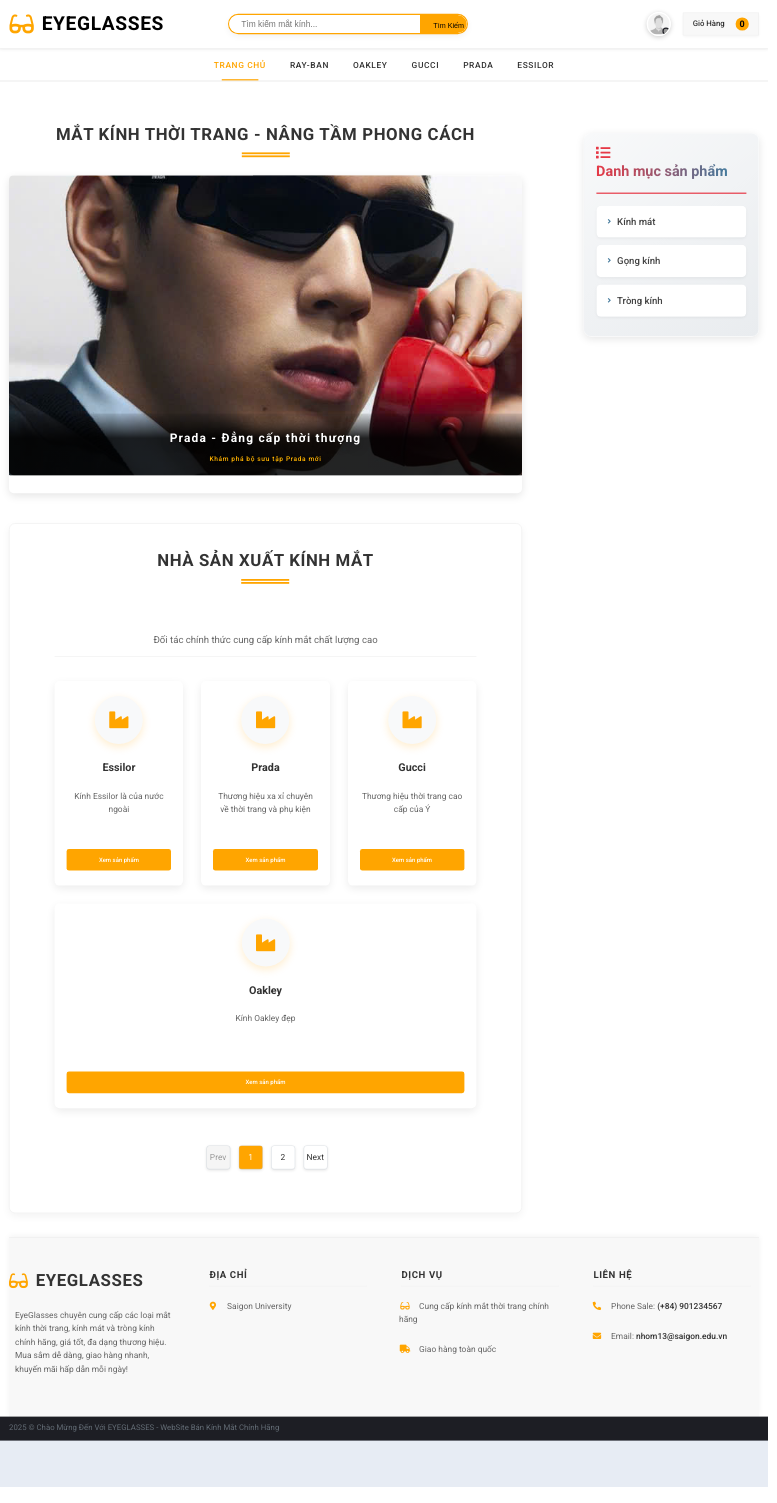
Repository: Giau-svg/glasses-store
Page: http://localhost/index.php?page=2
These files come from the project's save history. The page is drawn as it stood at one moment and after the next save; the edit follows.
The browser window is 1280 px wide. The page is 1295 px wide, so the pictures cover 1295 px, including what lies to the right of the window. The pictures show the whole page, at 60% of full size.
Some web libraries are served in a nearby version. The page is run by PHP 8.4 with error messages shown; the project is at /var/www/html/. The database holds what the project's SQL file puts in it.

Above is the page before, as saved 2025-05-08 12:41:57.
Console error: ReferenceError: $ is not defined

After the next save:
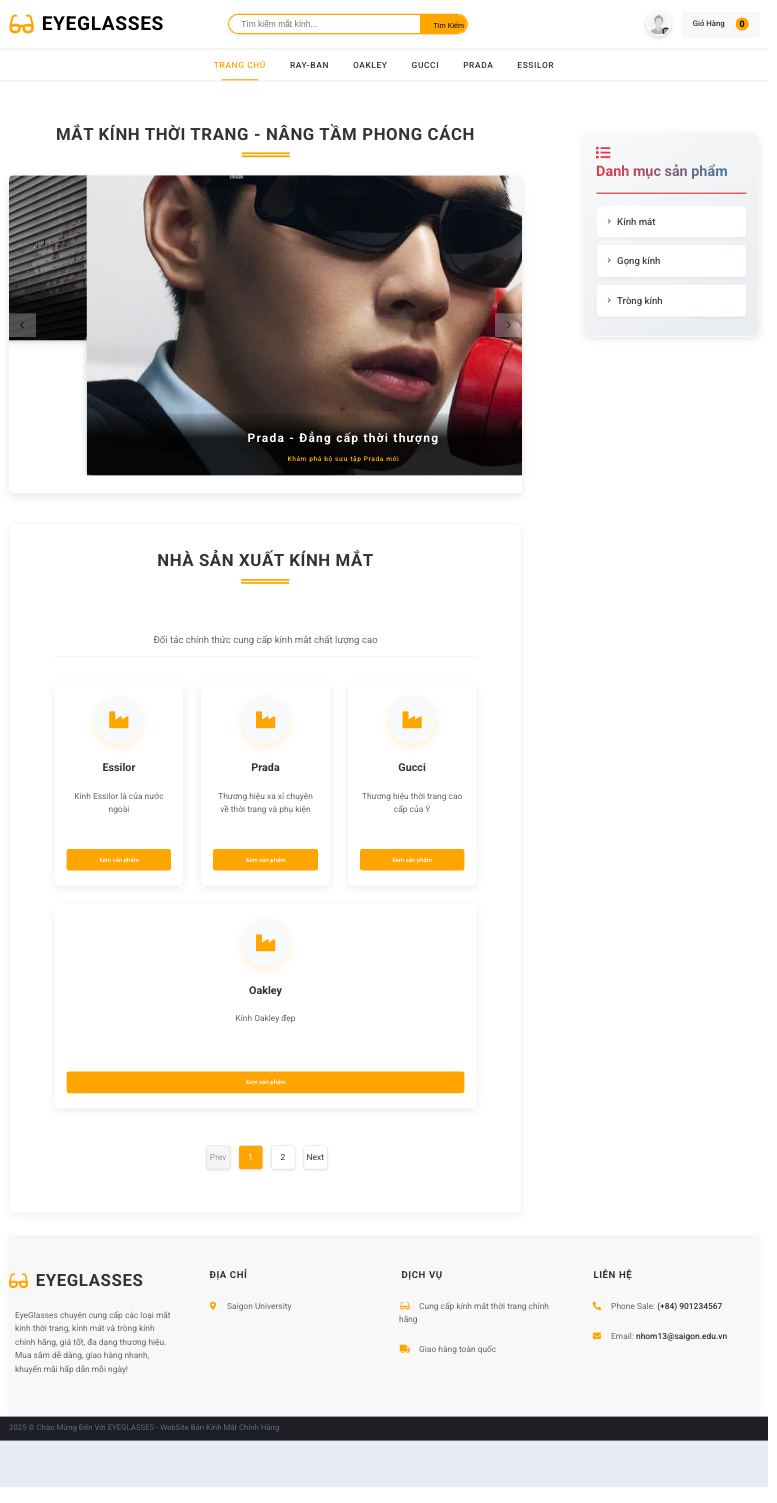
Saved 57 s later.
--- a/partials/slider.php
+++ b/partials/slider.php
@@ -12,6 +12,15 @@
 ?>
 <div class="grid">
     <div class="slider-wrap slider-slick">
+        <div class="brands-img__wrap">
+            <a href="view_brand.php?id=3" class="brands__img">
+                <img src="public/img/slide1.jpg" alt="Gucci Slide 1">
+                <div class="slider-caption">
+                    <h3>Gucci - Nâng tầm phong cách</h3>
+                    <p>Khám phá bộ sưu tập Gucci mới</p>
+                </div>
+            </a>
+        </div>
         <div class="brands-img__wrap">
             <a href="view_brand.php?id=3" class="brands__img">
                 <img src="public/img/z6579214764760_45c0c06b50e912ed106b51b2bfa94bfa.jpg" alt="Prada Slide 1">
